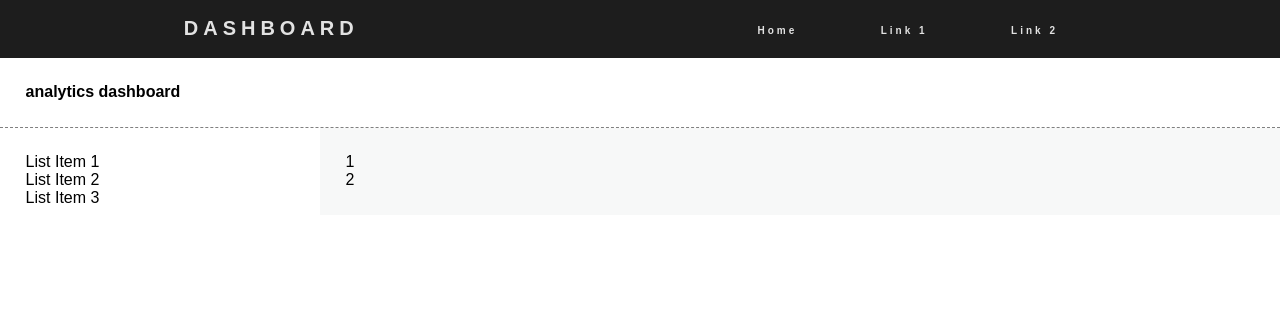
Repository: nourabdelhakam/drag-drop
Page: index.html
An editor plug-in stored every save of this project. The page is shown before and after the next save, followed by the edit.
The browser window is 1280 px wide. The pictures show the whole page.

Above is the page before, as saved 2020-07-03 09:17:57.

After the next save:
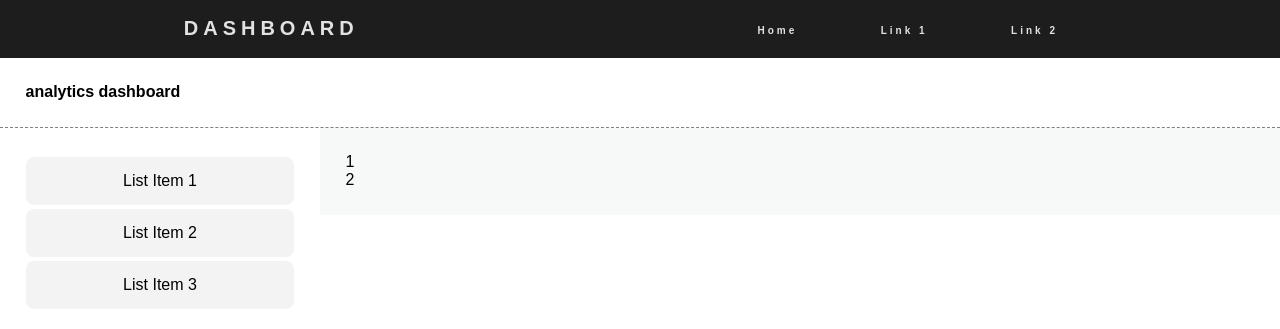
Saved 53 s later.
--- a/css/main.css
+++ b/css/main.css
@@ -24,6 +24,13 @@ h4 {
     float: left;
     padding: 2%;
     background-color: #F7F8F8;
+}
+.list-item {
+    background-color: #F3F3F3;
+    border-radius: 8px;
+    padding: 15px 20px;
+    text-align: center;
+    margin: 4px 0;
 }
 /* .container {
     display: flex;
